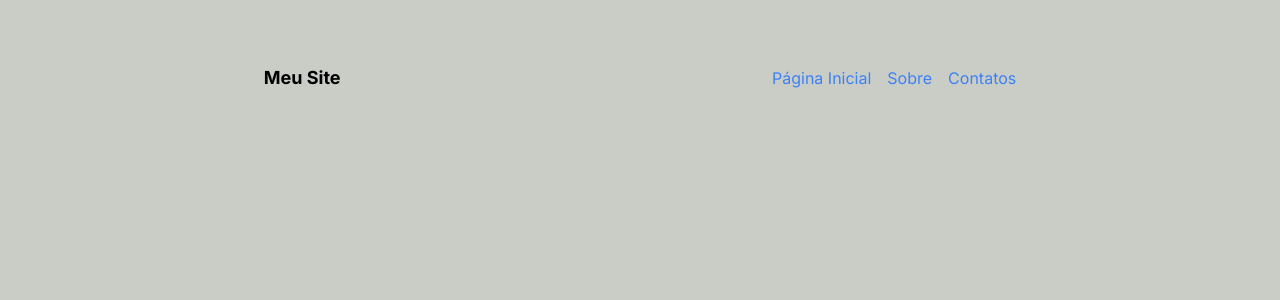
Repository: Deyvid-Kasteh/kasteh_portfolio
Page: /
The author's editor kept a copy of each file at every save. The page is drawn from the files as they stood at one save, then again after the next save.
The browser window is 1280 px wide. The pictures show the whole page.
The project was rebuilt for these pictures with package versions that can differ from the ones it lists, and the page was loaded fresh each time. The framework's server and built-in components were replaced by stand-ins that run in the browser. Also part of the build but not shown: next.config.mjs.

Above is the page before, as saved 2024-03-24 02:26:32.

After the next save:
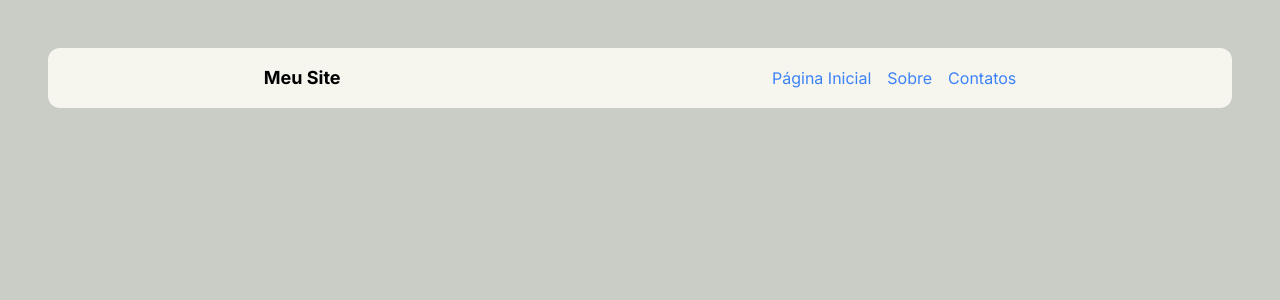
Saved 28 s later.
--- a/tailwind.config.ts
+++ b/tailwind.config.ts
@@ -15,7 +15,7 @@ const config: Config = {
       },
       colors: {
         customGrayBG: "#CACCC6", // Definindo o background color
-        customGrayComponents: "#CACCC6",
+        customGrayComponents: "#F6F6EF",
       },
     },
   },
